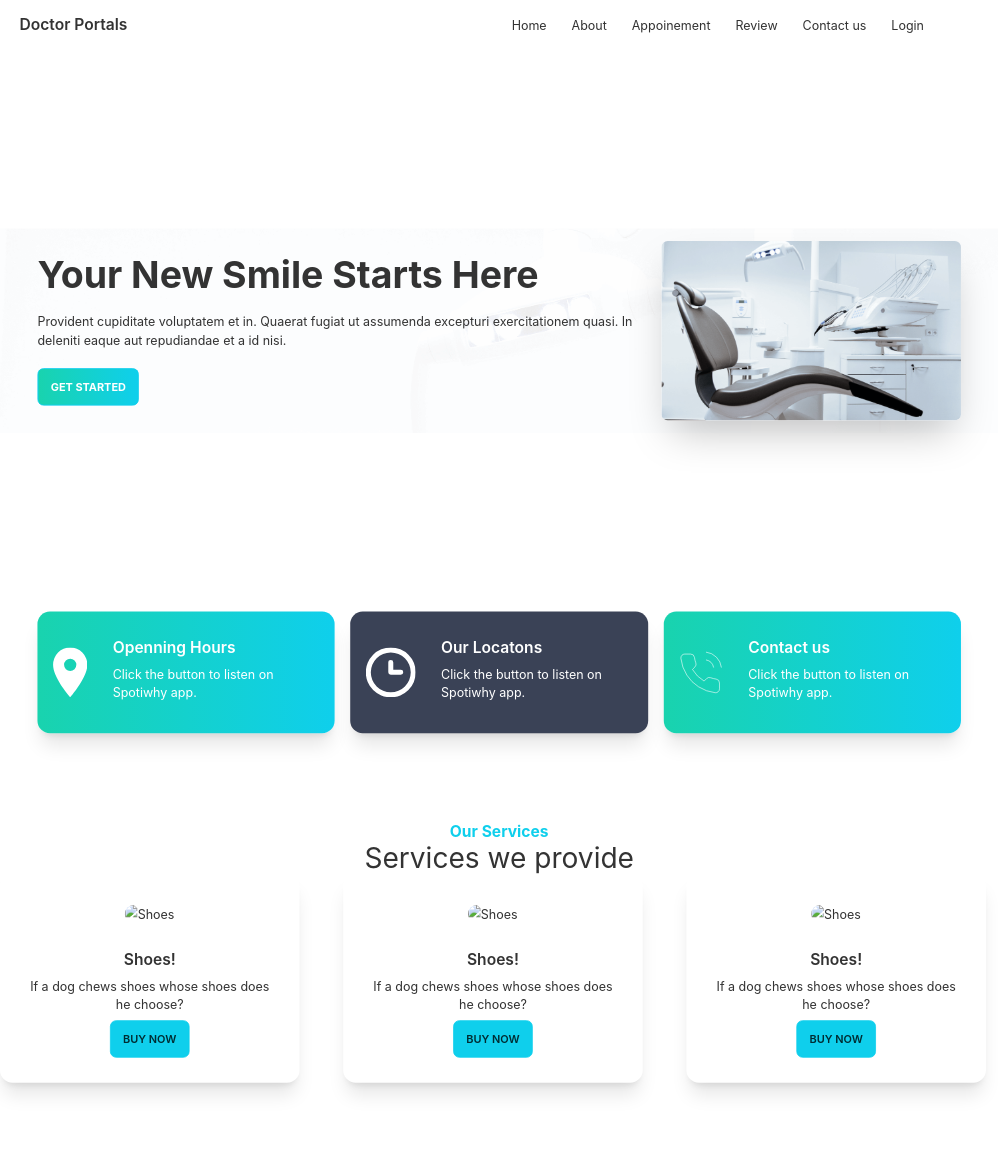
Repository: devsajid/doctors-portal-client
Page: /
An editor plug-in stored every save of this project. The page is shown before and after a run of saves, followed by the edit.
The browser window is 1280 px wide. The pictures show the whole page, at 78% of full size.
Backgrounds fixed to the window are drawn as part of the page. The project was rebuilt for these pictures with package versions that can differ from the ones it lists, and the page was loaded fresh each time. Also part of the build but not shown: src/App.css, src/Pages/About/About.js, src/Pages/Appoinment/Appoinment.js, src/Pages/Contact/Contact.js, src/Pages/Login/Login.js, src/Pages/Review/Review.js.

Above is the page before, as saved 2022-08-05 21:56:08.

### src/index.js
import React from "react";
import ReactDOM from "react-dom/client";
import "./index.css";
import App from "./App";
import reportWebVitals from "./reportWebVitals";
import { BrowserRouter } from "react-router-dom";
const root = ReactDOM.createRoot(document.getElementById("root"));
root.render(
  <React.StrictMode>
    <BrowserRouter>
      <App />
    </BrowserRouter>
  </React.StrictMode>
);

reportWebVitals();

### src/App.js
import "./App.css";
import Navbar from "./Pages/Home/Share/Navbar/Navbar";
import { Routes, Route } from "react-router-dom";
import Home from "./Pages/Home/Home";
import About from "./Pages/About/About";
import Appoinement from "./Pages/Appoinment/Appoinment";
import Contact from "./Pages/Contact/Contact";
import Login from "./Pages/Login/Login";
import Review from "./Pages/Review/Review";
function App() {
  return (
    <div>
      <Navbar></Navbar>
      <Routes>
        <Route path="/" element={<Home />} />
        <Route path="about" element={<About />} />
        <Route path="appoinement" element={<Appoinement />} />
        <Route path="contact" element={<Contact />} />
        <Route path="login" element={<Login />} />
        <Route path="review" element={<Review />} />
      </Routes>
    </div>
  );
}

export default App;

### src/Pages/Home/Share/Navbar/Navbar.js
import React from "react";
import { Link } from "react-router-dom";

const Navbar = () => {
  const menuItem = (
    <>
      {" "}
      <li>
        <Link to="/">Home</Link>
      </li>
      <li>
        <Link to="about">About</Link>
      </li>
      <li>
        <Link to="appoinement">Appoinement</Link>
      </li>
      <li>
        <Link to="review">Review</Link>
      </li>
      <li>
        <Link to="contact">Contact us</Link>
      </li>
      <li>
        <Link to="login">Login</Link>
      </li>
    </>
  );
  return (
    <div>
      <div class="navbar   bg-base-100">
        <div class="navbar-start">
          <div class="dropdown">
            <label tabindex="0" class="btn btn-ghost lg:hidden">
              <svg
                xmlns="http://www.w3.org/2000/svg"
                class="h-5 w-5"
                fill="none"
                viewBox="0 0 24 24"
                stroke="currentColor"
              >
                <path
                  stroke-linecap="round"
                  stroke-linejoin="round"
                  stroke-width="2"
                  d="M4 6h16M4 12h8m-8 6h16"
                />
              </svg>
            </label>
            <ul
              tabindex="0"
              class="menu menu-compact dropdown-content mt-3 p-2 shadow bg-base-100 rounded-box w-52"
            >
              {menuItem}
            </ul>
          </div>
          <a class="btn btn-ghost normal-case text-xl">Doctor Portals</a>
        </div>
        <div class="navbar-center hidden lg:flex">
          <ul class="menu menu-horizontal p-0">{menuItem}</ul>
        </div>
      </div>
    </div>
  );
};

export default Navbar;

### src/Pages/Home/Home.js
import React from "react";
import Services from "../Services/Services";
import Banner from "./Banner/Banner";
import Info from "./Info/Info";

const Home = () => {
  return (
    <div>
      <Banner></Banner>
      <Info></Info>
      <Services></Services>
    </div>
  );
};

export default Home;

### src/Pages/Services/Services.js
import React from "react";
import flouride from "../../assets/images/flouride.png";
import cavity from "../../assets/images/cavity.png";
import whitening from "../../assets/images/whitening.png";
import Service from "./Service";
const Services = () => {
  const services = [
    {
      _id: 1,
      name: "Flouride Treatment",
      description: "fdgghgfh sadshdshfdsf dshfasdgsad",
      img: flouride,
    },
    {
      _id: 2,
      name: "Flouride Treatment",
      description: "fdgghgfh sadshdshfdsf dshfasdgsad",
      img: cavity,
    },
    {
      _id: 3,
      name: "Flouride Treatment",
      description: "fdgghgfh sadshdshfdsf dshfasdgsad",
      img: whitening,
    },
  ];
  return (
    <div className="my-28">
      <div className="text-center">
        <h3 className="text-primary text-xl font-bold upparecase">
          Our Services
        </h3>
        <h1 className="text-4xl">Services we provide</h1>
      </div>
      <div className="grid sm:grid-cols-1 md:grid-cols-2 lg:grid-cols-3 gap-10">
        {" "}
        {services.map((service) => (
          <Service key={service._id} service={service}></Service>
        ))}
      </div>
    </div>
  );
};

export default Services;

### src/Pages/Home/Banner/Banner.js
import React from "react";
import chair from "../../../assets/images/chair.png";
import bg from "../../../assets/images/bg.png";
const Banner = () => {
  return (
    <div>
      <div class="hero min-h-screen ">
        <div
          class="hero-content bg-fixed px-12 flex-col lg:flex-row-reverse"
          style={{ backgroundImage: `url(${bg})` }}
        >
          <img src={chair} class="max-w-sm rounded-lg shadow-2xl" />
          <div>
            <h1 class="text-5xl font-bold">Your New Smile Starts Here</h1>
            <p class="py-6">
              Provident cupiditate voluptatem et in. Quaerat fugiat ut assumenda
              excepturi exercitationem quasi. In deleniti eaque aut repudiandae
              et a id nisi.
            </p>
            <button class="btn btn-primary uppercase text-white font-bold bg-gradient-to-r from-secondary to-primary">
              Get Started
            </button>
          </div>
        </div>
      </div>
    </div>
  );
};

export default Banner;

### src/Pages/Home/Info/Info.js
import React from "react";
import InfoCard from "../Info/InfoCard";
import clock from "../../../assets/icons/clock.svg";
import marker from "../../../assets/icons/marker.svg";
import phone from "../../../assets/icons/phone.svg";
const Info = () => {
  return (
    <div className="grid grid-cols-1 lg:grid-cols-3 gap-5 px-12">
      <InfoCard
        cardTitle="Openning Hours"
        bgClass="bg-gradient-to-r from-secondary to-primary"
        img={marker}
      ></InfoCard>
      <InfoCard
        cardTitle="Our Locatons"
        bgClass="bg-accent"
        img={clock}
      ></InfoCard>
      <InfoCard
        cardTitle="Contact us"
        bgClass="bg-gradient-to-r from-secondary to-primary"
        img={phone}
      ></InfoCard>
    </div>
  );
};

export default Info;

### src/Pages/Services/Service.js
import React from "react";

const Service = (service) => {
  return (
    <div class="card w-96 bg-base-100 shadow-xl">
      <figure class="px-10 pt-10">
        <img src={service.img} alt="Shoes" class="rounded-xl" />
      </figure>
      <div class="card-body items-center text-center">
        <h2 class="card-title">Shoes!</h2>
        <p>If a dog chews shoes whose shoes does he choose?</p>
        <div class="card-actions">
          <button class="btn btn-primary">Buy Now</button>
        </div>
      </div>
    </div>
  );
};

export default Service;

### src/Pages/Home/Info/InfoCard.js
import React from "react";

const InfoCard = ({ img, cardTitle, bgClass }) => {
  return (
    <div class={`card lg:card-side shadow-xl ${bgClass}`}>
      <figure className="pl-5">
        <img src={img} alt="Album" />
      </figure>
      <div class="card-body text-white">
        <h2 class="card-title">{cardTitle}</h2>
        <p>Click the button to listen on Spotiwhy app.</p>
        <div class="card-actions justify-end"></div>
      </div>
    </div>
  );
};

export default InfoCard;

### tailwind.config.js
/** @type {import('tailwindcss').Config} */
module.exports = {
  content: ["./src/**/*.{html,js}"],
  theme: {
    extend: {},
  },
  daisyui: {
    themes: [
      {
        doctortheme: {
          primary: "#0fcfec",
          secondary: "#19D3AE",
          accent: "#3A4256",
          neutral: "#3d4451",
          "base-100": "#ffffff",
        },
      },
      "dark",
      "cupcake",
    ],
  },
  plugins: [require("daisyui")],
};

Loaded but not shown: public/index.html (common file); src/index.css (common file); src/reportWebVitals.js (common file)

After the next 5 saves:
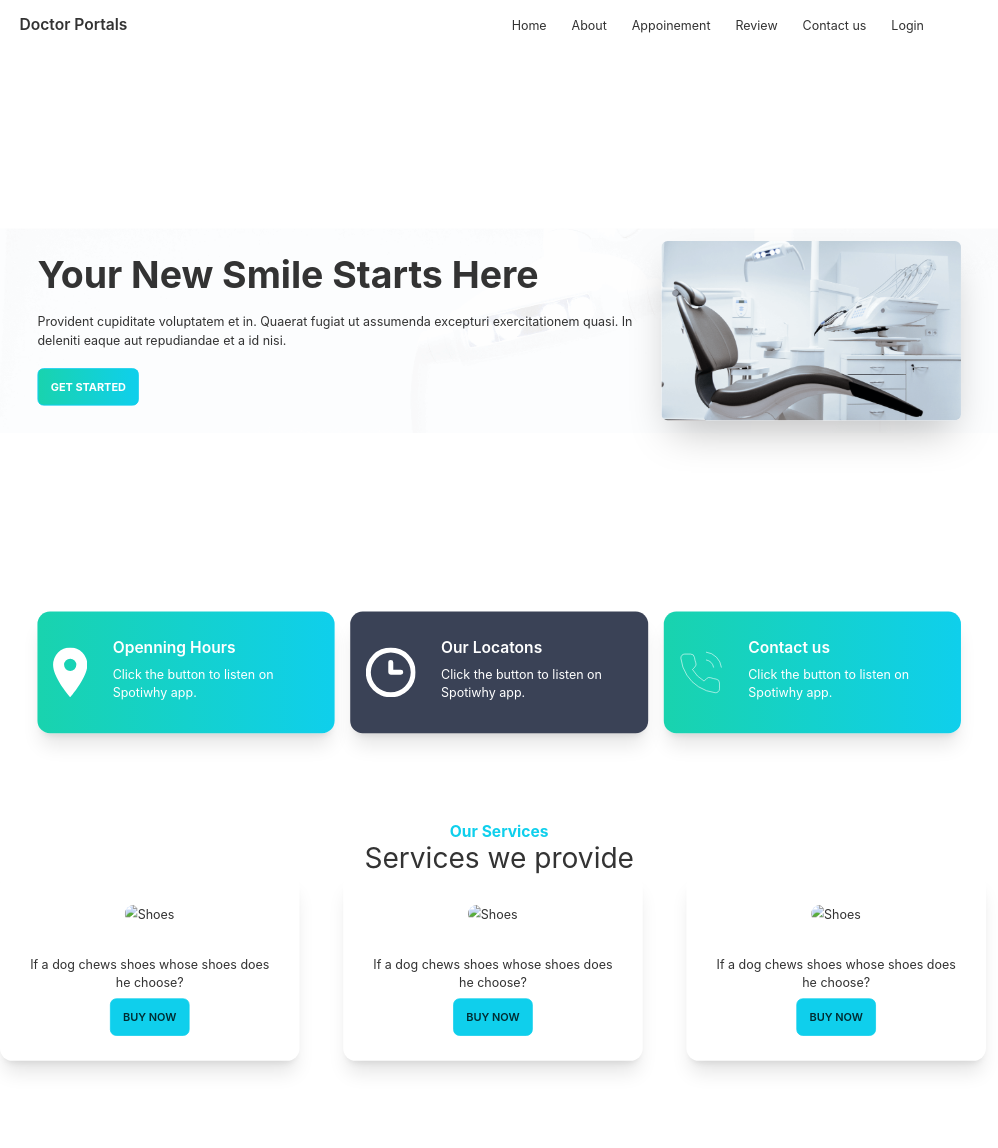
The 5 saves are shown as one change because 1 did not build or start and some came seconds apart.
The last was saved 33 s later.
--- a/src/Pages/Services/Service.js
+++ b/src/Pages/Services/Service.js
@@ -7,7 +7,7 @@ const Service = (service) => {
         <img src={service.img} alt="Shoes" class="rounded-xl" />
       </figure>
       <div class="card-body items-center text-center">
-        <h2 class="card-title">Shoes!</h2>
+        <h2 class="card-title">{service.name}</h2>
         <p>If a dog chews shoes whose shoes does he choose?</p>
         <div class="card-actions">
           <button class="btn btn-primary">Buy Now</button>
